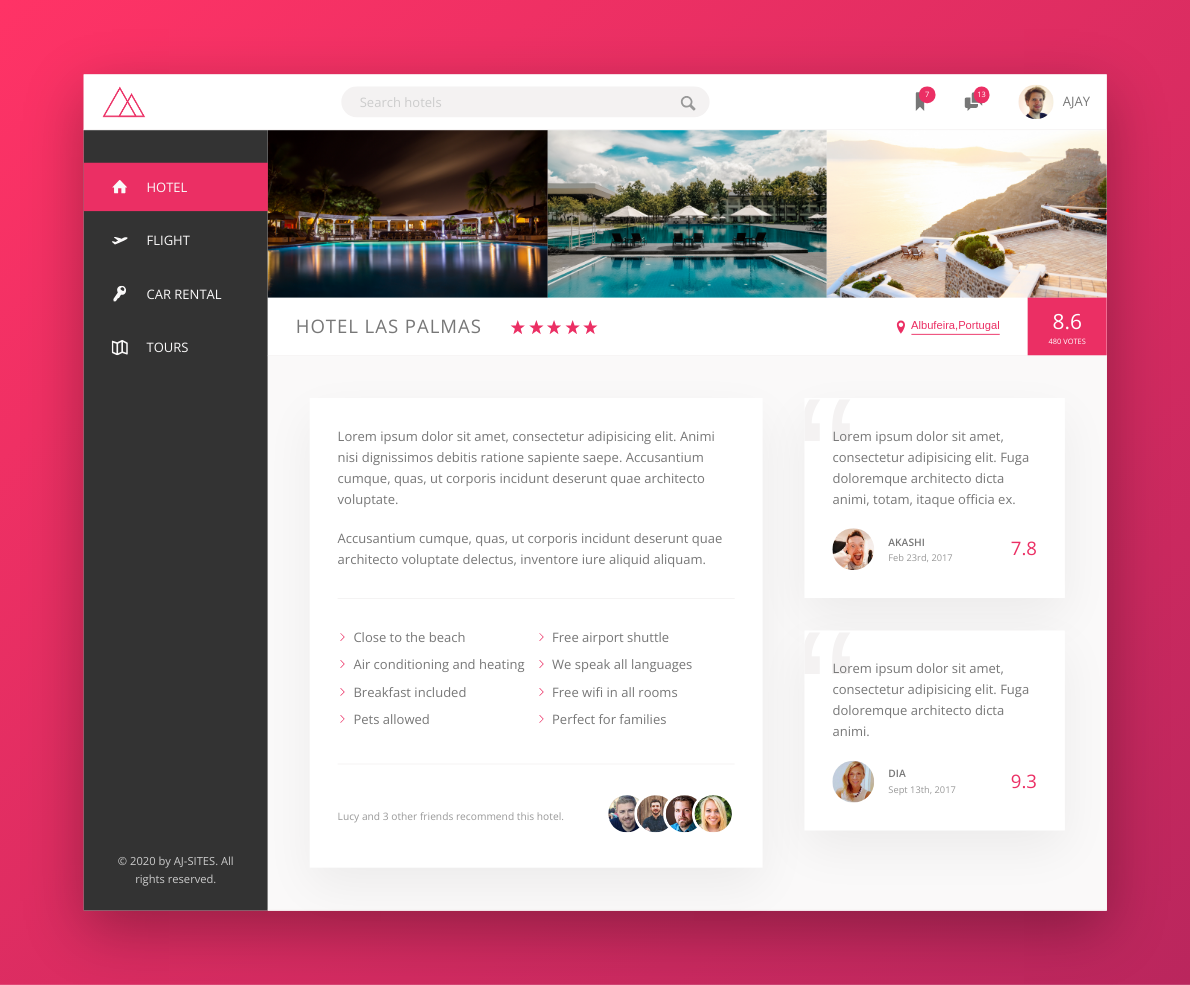
Repository: ajayaj2001/modern-Hotel
Page: /
These files come from the project's save history. The page is drawn as it stood at one moment and after the next save; the edit follows.
The browser window is 1280 px wide. The pictures show the whole page, at 93% of full size.
The project was rebuilt for these pictures with package versions that can differ from the ones it lists, and the page was loaded fresh each time.

Above is the page before, as saved 2020-12-14 00:23:16.

### public/index.html
<!DOCTYPE html>
<html lang="en">

<head>
  <meta charset="utf-8" />
  <link rel="icon" href="%PUBLIC_URL%/favicon.ico" />
  <meta name="viewport" content="width=device-width, initial-scale=1" />
  <meta name="theme-color" content="#000000" />
  <meta name="description" content="Web site created using create-react-app" />
  <link rel="apple-touch-icon" href="%PUBLIC_URL%/logo192.png" />
  <link rel="preconnect" href="https://fonts.gstatic.com">
  <link href="https://fonts.googleapis.com/css2?family=Open+Sans:wght@300;400;600&display=swap" rel="stylesheet">
  <!--
      manifest.json provides metadata used when your web app is installed on a
      user's mobile device or desktop. See https://developers.google.com/web/fundamentals/web-app-manifest/
    -->
  <link rel="manifest" href="%PUBLIC_URL%/manifest.json" />
  <!--
      Notice the use of %PUBLIC_URL% in the tags above.
      It will be replaced with the URL of the `public` folder during the build.
      Only files inside the `public` folder can be referenced from the HTML.

      Unlike "/favicon.ico" or "favicon.ico", "%PUBLIC_URL%/favicon.ico" will
      work correctly both with client-side routing and a non-root public URL.
      Learn how to configure a non-root public URL by running `npm run build`.
    -->
  <title>React App</title>
</head>

<body>
  <noscript>You need to enable JavaScript to run this app.</noscript>
  <div id="root"></div>
  <!--
      This HTML file is a template.
      If you open it directly in the browser, you will see an empty page.

      You can add webfonts, meta tags, or analytics to this file.
      The build step will place the bundled scripts into the <body> tag.

      To begin the development, run `npm start` or `yarn start`.
      To create a production bundle, use `npm run build` or `yarn build`.
    -->
</body>

</html>

### src/index.js
import React from 'react';
import ReactDOM from 'react-dom';
import './index.scss';
import App from '../src/app/App';

ReactDOM.render(
  <React.StrictMode>
    <App />
  </React.StrictMode>,
  document.getElementById('root')
);

### src/index.scss
@import "../src/scss/reuse.scss";
* {
  margin: 0;
  padding: 0;
}
:root {
  --color-primary: #eb2f64;
  --color-primary-light: #ff3366;
  --color-primary-dark: #ba265d;

  --color-gray-light-1: #faf9f9;
  --color-gray-light-2: #f4f2f2;
  --color-gray-light-3: #f0eeee;
  --color-gray-light-4: #ccc;

  --color-gray-dark-1: #333;
  --color-gray-dark-2: #777;
  --color-gray-dark-3: #999;

  --line: 1px solid var(--color-gray-light-2);
  --shadow-light: 0 2rem 5rem rgba(0, 0, 0, 0.06);
}
*,
*::before,
*::after {
  box-sizing: inherit;
}
html {
  box-sizing: border-box;
  font-size: 62.5%; //1rem=10px 10px/16px=62.5%
}
body {
  font-family: "Open Sans", sans-serif;
  -webkit-font-smoothing: antialiased;
  -moz-osx-font-smoothing: grayscale;
  font-family: "Open Sans", sans-serif;
  font-weight: 400;
  line-height: 1.6;
  background-image: linear-gradient(to right bottom, var(--color-primary-light), var(--color-primary-dark));
  background-size: cover;
  background-repeat: no-repeat;
  min-height: 100vh;
  color: var(--color-gray-dark-2);
}

### src/app/App.js
import React from 'react';
import Header from '../header/Header';
import Navigation from '../navigation/Navigation'
import Hotelview from '../hotel-view/Hotelview'
import './App.scss';
function App() {
  return (
    <div className="container">
      <Header />
      <div className="content">
        <Navigation />
        <Hotelview />
      </div>
    </div>
  );
}

export default App;

### src/scss/reuse.scss
// variables

// $primary: #eb2f64;
// $primary-light: #ff3366;
// $primary-dark: #ba265d;

// $gray-light-1: #faf9f9;
// $gray-light-2: #f4f2f2;
// $gray-light-3: #f0eeee;

// $gray-dark-1: #333;
// $gray-dark-2: #777;
// $gray-dark-3: #999;

### src/header/Header.js
import React from 'react'
import './Header.scss';
import logo from '../img/logo.png';
import user from '../img/user.jpg';
import svg from '../img/sprite.svg'
const Header = () => {
    return (
        <div className="header">
            <img src={logo} alt="logo" className="logo" />

            <form action="#" className="search">
                <input type="text" className="search__input" placeholder="Search hotels" />
                <button className="search__button">
                    <svg className="search__icon">
                        <use xlinkHref={`${svg}#icon-magnifying-glass`}></use>
                    </svg>
                </button>
            </form>
            <nav className="user-nav">
                <div className="user-nav__icon-box">
                    <svg className="user-nav__icon">
                        <use xlinkHref={`${svg}#icon-bookmark`}></use>
                    </svg>
                    <span className="user-nav__notification">7</span>
                </div>
                <div className="user-nav__icon-box">
                    <svg className="user-nav__icon">
                        <use xlinkHref={`${svg}#icon-chat`}></use>
                    </svg>
                    <span className="user-nav__notification">13</span>
                </div>
                <div className="user-nav__user">
                    <img src={user} alt="user-profile" className="user-nav__user-photo" />
                    <span className="user-nav__user-name">AJAY</span>
                </div>
            </nav>
        </div>
    )
}

export default Header

### src/navigation/Navigation.js
import React from 'react'
import './Navigation.scss'
import svg from '../img/sprite.svg'
const Navigation = () => {
    return (
        <React.Fragment>
            <nav className="sidebar">
                <ul className="side-nav">
                    <li className="side-nav__item side-nav__item--active">
                        <a href="#home" className="side-nav__link">
                            <svg className="side-nav__icon">
                                <use xlinkHref={`${svg}#icon-home`}></use>
                            </svg>
                            <span className="side-nav__text">hotel</span>
                        </a>
                    </li>
                    <li className="side-nav__item">
                        <a href="#flight" className="side-nav__link">
                            <svg className="side-nav__icon">
                                <use xlinkHref={`${svg}#icon-aircraft-take-off`}></use>
                            </svg>
                            <span className="side-nav__text">flight</span>
                        </a>
                    </li>
                    <li className="side-nav__item">
                        <a href="#car-rental" className="side-nav__link">
                            <svg className="side-nav__icon">
                                <use xlinkHref={`${svg}#icon-key`}></use>
                            </svg>
                            <span className="side-nav__text">car rental</span>
                        </a>
                    </li>
                    <li className="side-nav__item">
                        <a href="#tours" className="side-nav__link">
                            <svg className="side-nav__icon">
                                <use xlinkHref={`${svg}#icon-map`}></use>
                            </svg>
                            <span className="side-nav__text">tours</span>
                        </a>
                    </li>
                </ul>
                <div className="legal">
                    &copy; 2020 by AJ-SITES. All rights reserved.
                </div>
            </nav>
        </React.Fragment>
    )
}

export default Navigation

### src/hotel-view/Hotelview.js
import React from 'react'
import Detail from './detail/Detail'
import './Hotelview.scss'
import Overview from './overview/Overview'
const Hotelview = () => {
    return (
        <React.Fragment>
            <main className="hotelview">
                <Overview />
                <Detail />
            </main>
        </React.Fragment>
    )
}

export default Hotelview

### src/app/App.scss
.container {
    max-width: 110rem;
    margin: 8rem auto;
    background-color: var(--color-gray-light-2);
    box-shadow: 0 2rem 6rem rgba(black, 0.3);
    min-height: 50rem;
}
.content {
    display: flex;
}

### src/header/Header.scss
.header {
    height: 6rem;
    background-color: #fff;
    border-bottom: var(--line);
    display: flex;
    justify-content: space-between;
    align-items: center;
}
.logo {
    height: 3.25rem;
    margin-left: 2rem;
}
.search {
    display: flex;
    flex: 0 0 40%;
    align-items: center;
    justify-content: center;

    &__input {
        font-family: inherit;
        font-size: 1.4rem;
        color: inherit;
        background-color: var(--color-gray-light-2);
        border: none;
        padding: 0.7rem 2rem;
        border-radius: 10rem;
        width: 90%;
        transition: all 0.3s;
        margin-right: -3.25rem;
        &:focus {
            outline: none;
            width: 100%;
            background-color: var(--color-gray-light-3);
        }
        &::-webkit-input-placeholder {
            font-weight: 100;
            color: var(--color-gray-light-4);
        }
    }
    &__input:focus + &__button {
        background-color: var(--color-gray-light-3);
    }
    &__button {
        height: 2.8rem;
        border: none;
        background-color: var(--color-gray-light-2);
        &:focus {
            outline: none;
        }
        &:active {
            transform: translateY(2px);
        }
    }
    &__icon {
        height: 3rem;
        width: 2rem;
        fill: var(--color-gray-dark-3);
    }
}

.user-nav {
    align-self: stretch;
    display: flex;
    align-items: center;
    cursor: pointer;
    & > * {
        height: 100%;
        padding: 0 1.8rem;
        display: flex;
        align-items: center;
    }
    & > *:hover {
        background-color: var(--color-gray-light-2);
    }
    &__icon-box {
        position: relative;
    }
    &__icon {
        height: 2.25rem;
        width: 2.25rem;
        fill: var(--color-gray-dark-2);
    }
    &__notification {
        font-size: 0.8rem;
        height: 1.75rem;
        width: 1.75rem;
        border-radius: 50%;
        background-color: var(--color-primary);
        color: #fff;
        position: absolute;
        top: 1.3rem;
        right: 1.3rem;
        display: flex;
        justify-content: center;
        align-items: center;
    }
    &__user-photo {
        height: 3.75rem;
        border-radius: 50%;
        margin-right: 1rem;
    }
    &__user-name {
        font-size: 1.4rem;
    }
}

### src/navigation/Navigation.scss
.sidebar {
    background-color: var(--color-gray-dark-1);
    flex: 0 0 18%;
    display: flex;
    flex-direction: column;
    justify-content: space-between;
}
.side-nav {
    font-size: 1.4rem;
    list-style: none;
    margin-top: 3.5rem;
    &__item {
        position: relative;
        &:not(:last-child) {
            margin-bottom: 0.5rem;
        }
    }
    &__item::before {
        content: "";
        position: absolute;
        top: 0;
        left: 0;
        height: 100%;
        width: 3px;
        background-color: var(--color-primary);
        transform: scaleY(0);
        transition: transform 0.2s, width 0.4s cubic-bezier(1, 0, 0, 1) 0.2s, background-color 0.1s;
    }
    &__item:hover::before,
    &__item--active::before {
        transform: scaleY(1);
        width: 100%;
    }
    &__item:active::before {
        background-color: var(--color-primary-light);
    }
    &__link:link,
    &__link:visited {
        position: relative;
        color: var(--color-gray-light-1);
        text-decoration: none;
        text-transform: uppercase;
        display: block;
        padding: 1.5rem 3rem;
        display: flex;
        align-items: center;
        z-index: 20;
    }
    &__icon {
        width: 1.75rem;
        height: 1.75rem;
        fill: currentColor;
        margin-right: 2rem;
    }
}
.legal {
    font-size: 1.2rem;
    text-align: center;
    padding: 2.5rem;
    color: var(--color-gray-light-4);
}

### src/hotel-view/detail/Detail.js
import React from 'react'
import './Detail.scss'
import Review from './review/Review'
import frnd1 from '../../img/user-3.jpg'
import frnd2 from '../../img/user-4.jpg'
import frnd3 from '../../img/user-5.jpg'
import frnd4 from '../../img/user-6.jpg'
import rev1 from '../../img/user-1.jpg'
import rev2 from '../../img/user-2.jpg'
const Detail = () => {
    return (
        <div className="detail">
            <div className="description">
                <p className="paragraph">
                    Lorem ipsum dolor sit amet, consectetur adipisicing elit. Animi nisi
                    dignissimos debitis ratione sapiente saepe. Accusantium cumque, quas, ut corporis
                    incidunt deserunt quae architecto voluptate.
                </p>
                <p className="paragraph">
                    Accusantium cumque, quas, ut corporis incidunt deserunt quae architecto voluptate
                    delectus, inventore iure aliquid aliquam.
                </p>
                <ul className="list">
                    <li className="list__item">Close to the beach</li>
                    <li className="list__item">Free airport shuttle</li>
                    <li className="list__item">Air conditioning and heating</li>
                    <li className="list__item">We speak all languages</li>
                    <li className="list__item">Breakfast included</li>
                    <li className="list__item">Free wifi in all rooms</li>
                    <li className="list__item">Pets allowed</li>
                    <li className="list__item">Perfect for families</li>
                </ul>
                <div className="recommend">
                    <p className="recommend__count">Lucy and 3 other friends recommend this hotel.</p>
                    <div className="recommend__friends">
                        <img src={frnd1} alt="friends" className="recommend__photo" />
                        <img src={frnd2} alt="friends" className="recommend__photo" />
                        <img src={frnd3} alt="friends" className="recommend__photo" />
                        <img src={frnd4} alt="friends" className="recommend__photo" />
                    </div>
                </div>
            </div>
            <figure className="user-review">
                <Review
                    name="akashi"
                    text="Lorem ipsum dolor
                     sit amet, consectetur adipisicing elit.
                     Fuga doloremque architecto dicta animi,
                     totam, itaque officia ex."
                    date="Feb 23rd, 2017"
                    image={rev1}
                    rating="7.8"
                />
                <Review
                    name="dia"
                    text="Lorem ipsum dolor sit amet, consectetur
                     adipisicing elit. Fuga doloremque architecto
                      dicta animi."
                    date="Sept 13th, 2017"
                    image={rev2}
                    rating="9.3"
                />
            </figure>
        </div>
    )
}

export default Detail

### src/hotel-view/Hotelview.scss
.hotelview {
    background-color: #fff;
    flex: 1;
}

### src/hotel-view/detail/Detail.scss
.detail {
    display: flex;
    padding: 4.5rem;
    background-color: var(--color-gray-light-1);
    border-bottom: var(--line);
    font-size: 1.4rem;
}
.description {
    flex: 0 0 60%;
    background-color: #fff;
    margin-right: 4.5rem;
    box-shadow: var(--shadow-light);
    padding: 3rem;
}
.user-review {
    flex: 1;
}
.paragraph:not(:last-of-type) {
    margin-bottom: 2rem;
}
.list {
    margin: 3rem 0;
    list-style: none;
    padding: 3rem 0;
    border-top: var(--line);
    border-bottom: var(--line);
    display: flex;
    flex-wrap: wrap;
    &__item {
        width: 50%;
        margin-bottom: 0.7rem;
    }
    &__item::before {
        content: "";
        display: inline-block;
        height: 1rem;
        width: 1rem;
        margin-right: 0.7rem;
        // background-image: url(../../img/chevron-thin-right.svg);
        // background-size: cover;
        background-color: var(--color-primary);
        -webkit-mask-image: url(../../img/chevron-thin-right.svg);
        -webkit-mask-size: cover;
        mask-image: url(../../img/chevron-thin-right.svg);
        mask-size: cover;
    }
}
.recommend {
    font-size: 1.1rem;
    color: var(--color-gray-dark-3);
    display: flex;
    align-items: center;
    // justify-content: space-between;
    &__count {
        margin-right: auto;
    }
    &__photo {
        box-sizing: content-box;
        height: 4rem;
        width: 4rem;
        border-radius: 50%;
        border: 3px solid #fff;
        &:not(:last-child) {
            margin-right: -1.5rem;
        }
    }
}

### src/hotel-view/detail/review/Review.js
import React from 'react'
import './Review.scss'
const Review = (props) => {
    return (
        <React.Fragment>
            <figure className="review" >
                <blockquote className="review__text">
                    {props.text}
                </blockquote>
                <figcaption className="review__user">
                    <img src={props.image} alt="reviewer" className="review__photo" />
                    <div className="review__user-box">
                        <p className="review__user-name">{props.name}</p>
                        <p className="review__user-date">{props.date}</p>
                    </div>
                    <div className="review__rating">{props.rating}</div>
                </figcaption>
            </figure>
        </React.Fragment>
    )
}

export default Review

### src/hotel-view/overview/Overview.scss
.gallery {
    display: flex;
    &__photo {
        width: 100%;
        display: block;
    }
}

.overview {
    background-color: white;
    display: flex;
    align-items: center;
    border-bottom: var(--line);
    &__heading {
        font-size: 2rem;
        font-weight: 300;
        text-transform: uppercase;
        letter-spacing: 1px;
        padding: 1.5rem 3rem;
    }
    &__stars {
        margin-right: auto;
        display: flex;
    }
    &__icon-star,
    &__icon-location {
        width: 1.75rem;
        height: 1.75rem;
        fill: var(--color-primary);
        margin-right: 0.2rem;
    }
    &__location {
        font-size: 1.2rem;
        display: flex;
        align-items: center;
    }
    &__rating {
        align-self: stretch;
        align-items: center;
        background-color: var(--color-primary);
        padding: 0 2.25rem;
        color: #fff;

        display: flex;
        flex-direction: column;
        align-items: center;
        justify-content: center;
        margin-left: 3rem;
        &-average {
            font-size: 2.25rem;
            font-weight: 300;
            margin-bottom: -3px;
        }
        &-count {
            font-size: 0.8rem;
            text-transform: uppercase;
        }
    }
}

.btn-inline {
    border: none;
    color: var(--color-primary);
    font-size: inherit;
    border-bottom: 1px solid currentColor;
    padding-bottom: 2px;
    display: inline-block;
    background-color: transparent;
    cursor: pointer;
    transition: all 0.2s;
    &:hover {
        color: var(--color-gray-dark-1);
    }

    &:focus {
        outline: none;
        animation: pulsate 1s infinite;
    }
}

@keyframes pulsate {
    0% {
        transform: scale(1);
        box-shadow: none;
    }
    50% {
        transform: scale(1.03);
        box-shadow: 0 1rem 1rem rgba(0, 0, 0, 0.25);
    }
    100% {
        transform: scale(1);
        box-shadow: none;
    }
}

### src/hotel-view/detail/review/Review.scss
.review {
    background-color: #fff;
    box-shadow: var(--shadow-light);
    padding: 3rem;
    margin-bottom: 3.5rem;
    position: relative;
    overflow: hidden;
    &__text {
        margin-bottom: 2rem;
        z-index: 10;
        position: relative;
    }
    &__user {
        display: flex;
        align-items: center;
    }
    &__user-box {
        padding: 0 1.5rem;
    }
    &__user-name {
        font-size: 1.1rem;
        font-weight: 600;
        text-transform: uppercase;
    }
    &__user-date {
        font-size: 1rem;
        color: var(--color-gray-dark-3);
    }
    &__photo {
        height: 4.5rem;
        width: 4.5rem;
        border-radius: 50%;
    }
    &__rating {
        margin-left: auto;
        font-size: 2rem;
        color: var(--color-primary);
        font-weight: 300;
    }
    &::before {
        content: "\201C";
        position: absolute;
        top: -3rem;
        left: -1rem;
        font-size: 20rem;
        color: var(--color-gray-light-2);
        font-family: sans-serif;
        line-height: 1;
        z-index: 1;
    }
}

Loaded but not shown: src/hotel-view/overview/Overview.js (57 lines, source omitted)

After the next save:
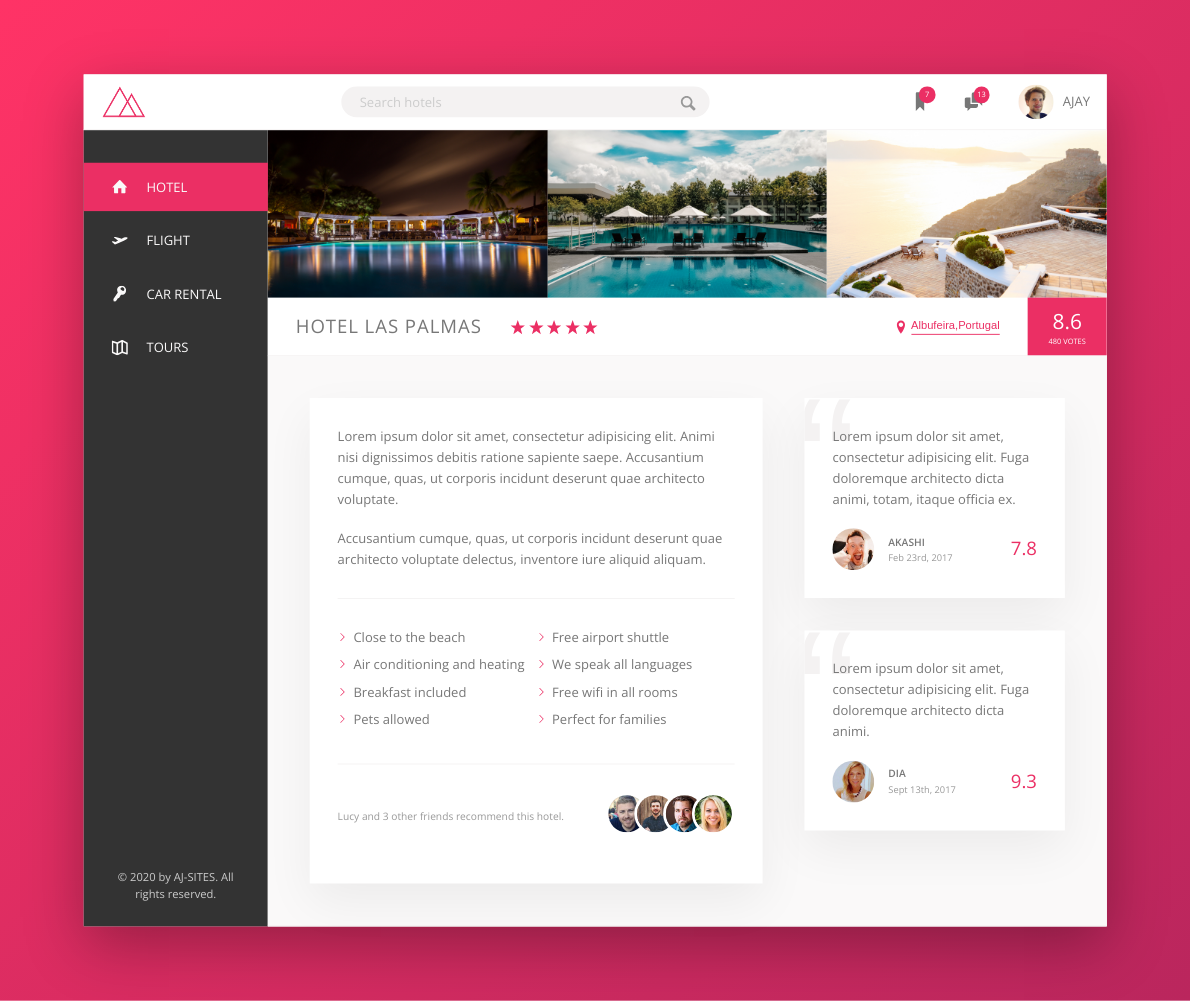
Saved 2 min 27 s later.
--- a/src/hotel-view/detail/Detail.js
+++ b/src/hotel-view/detail/Detail.js
@@ -60,6 +60,7 @@ const Detail = () => {
                     image={rev2}
                     rating="9.3"
                 />
+                <button className="btn-inline"></button>
             </figure>
         </div>
     )
